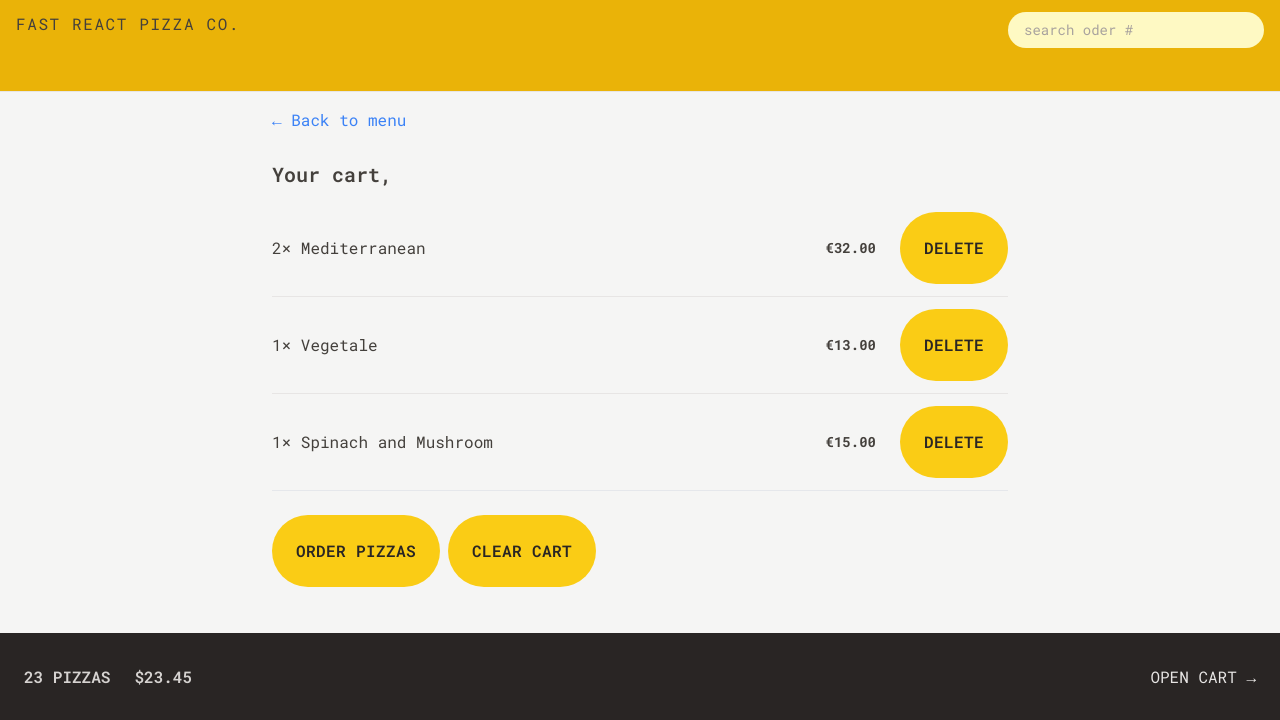
Repository: ayakhaled0001/pizza-delivery
Page: /cart
The author's editor kept a copy of each file at every save. The page is drawn from the files as they stood at one save, then again after the next save.
The browser window is 1280 px wide. The pictures show the whole page.
The project was rebuilt for these pictures with package versions that can differ from the ones it lists, and the page was loaded fresh each time. Also part of the build but not shown: vite.config.js, src/features/user/UserName.jsx, src/features/user/CreateUser.jsx, src/ui/Home.jsx, src/services/apiRestaurant.jsx, src/features/menu/MenuItem.jsx, src/features/menu/Menu.jsx, src/features/order/OrderItem.jsx and 3 more. Imported but missing from the stored project, and not drawn on this page: src/features/order/CreateOrder.

Above is the page before, as saved 2025-05-08 21:45:58.

### index.html
<!DOCTYPE html>
<html lang="en">
  <head>
    <meta charset="UTF-8" />
    <link rel="icon" type="image/svg+xml" href="/vite.svg" />
    <meta name="viewport" content="width=device-width, initial-scale=1.0" />
    <link rel="preconnect" href="https://fonts.googleapis.com" />
    <link rel="preconnect" href="https://fonts.gstatic.com" crossorigin />
    <link
      href="https://fonts.googleapis.com/css2?family=Roboto+Mono:ital,wght@0,100..700;1,100..700&display=swap"
      rel="stylesheet" />
    <title>fast react pizza</title>
  </head>
  <body class="bg-stone-100 text-stone-700">
    <div id="root"></div>
    <script type="module" src="/src/main.jsx"></script>
  </body>
</html>

### src/main.jsx
import { StrictMode } from "react";
import { createRoot } from "react-dom/client";
import App from "./App.jsx";
import "./index.css";
import { Provider } from "react-redux";
import store from "./store.js";

createRoot(document.getElementById("root")).render(
  <StrictMode>
    <Provider store={store}>
      <App />
    </Provider>
  </StrictMode>
);

### src/App.jsx
import { createBrowserRouter, RouterProvider } from "react-router-dom";
import Home from "./ui/Home";
import Menu, { loader as menuLoader } from "./features/menu/Menu";
import Cart from "./features/cart/Cart";
import CreateOrder, {
  action as CreateOrderAction,
} from "./features/order/CreateOrder";
import Order, { loader as orderLoader } from "./features/order/Order";
import AppLayout from "./ui/AppLayout";
import Error from "./ui/Error";
const router = createBrowserRouter([
  {
    element: <AppLayout />,
    children: [
      { path: "/", element: <Home /> },
      {
        path: "/menu",
        element: <Menu />,
        loader: menuLoader,
        errorElement: <Error />,
      },
      { path: "/cart", element: <Cart /> },
      {
        path: "/order/new",
        element: <CreateOrder />,
        action: CreateOrderAction,
      },
      {
        path: "/order/:orderId",
        element: <Order />,
        loader: orderLoader,
        errorElement: <Error />,
      },
    ],
  },
]);
function App() {
  return <RouterProvider router={router} />;
}

export default App;

### src/index.css
@tailwind base;
@tailwind components;
@tailwind utilities;

@layer components {
  .input {
    @apply rounded-full border
    border-stone-200
    px-4 py-2 text-sm transition-all
    duration-300 focus:outline-none
    focus:ring focus:ring-yellow-400
    md:px-5;
  }

  .loader {
    width: 45px;
    aspect-ratio: 0.75;
    --c: no-repeat linear-gradient(theme(colors.stone.700) 0 0);
    background: var(--c) 0% 50%, var(--c) 50% 50%, var(--c) 100% 50%;
    background-size: 20% 50%;
    animation: loading 1s infinite linear;
  }

  @keyframes loading {
    20% {
      background-position: 0% 0%, 50% 50%, 100% 50%;
    }
    40% {
      background-position: 0% 100%, 50% 0%, 100% 50%;
    }
    60% {
      background-position: 0% 50%, 50% 100%, 100% 0%;
    }
    80% {
      background-position: 0% 50%, 50% 50%, 100% 100%;
    }
  }
}

/* body {
  font-family: system-ui, -apple-system, BlinkMacSystemFont, "Segoe UI", Roboto,
    Oxygen, Ubuntu, Cantarell, "Open Sans", "Helvetica Neue", sans-serif;
  background-color: #f7f7f7;
  color: #444;
}

.layout {
  display: grid;
  grid-template-rows: auto 1fr auto;
  gap: 32px;
  height: 100dvh;
} */

/* https://dev.to/afif/i-made-100-css-loaders-for-your-next-project-4eje */

### src/store.js
import { configureStore } from "@reduxjs/toolkit";

import userReducer from "./features/user/userSlice";
import cartReducer from "./features/cart/cartSlice";
const store = configureStore({
  reducer: {
    user: userReducer,
    cart: cartReducer,
  },
});

export default store;

### src/features/cart/Cart.jsx
import { Link } from "react-router-dom";
import LinkButton from "../../ui/LinkButton";
import Button from "../../ui/Button";
import CartItem from "./CartItem";
import { useSelector } from "react-redux";

const fakeCart = [
  {
    pizzaId: 12,
    name: "Mediterranean",
    quantity: 2,
    unitPrice: 16,
    totalPrice: 32,
  },
  {
    pizzaId: 6,
    name: "Vegetale",
    quantity: 1,
    unitPrice: 13,
    totalPrice: 13,
  },
  {
    pizzaId: 11,
    name: "Spinach and Mushroom",
    quantity: 1,
    unitPrice: 15,
    totalPrice: 15,
  },
];

function Cart() {
  const username = useSelector((state) => state.user.username);
  const cart = fakeCart;

  return (
    <div className="px-4 py-4">
      <LinkButton to="/menu">&larr; Back to menu</LinkButton>

      <h2 className="mt-7 text-xl font-semibold">Your cart,{username}</h2>
      <ul className="divide-y divide-stone-200 border-b mt-3 ">
        {cart.map((item) => (
          <CartItem key={item.key} item={item} />
        ))}
      </ul>
      <div className="mt-6 space-x-2">
        <Button to="/order/new">Order pizzas</Button>
        {/* <Link>Order pizzas</Link> */}
        <Button>Clear cart</Button>
      </div>
    </div>
  );
}

export default Cart;

### src/ui/AppLayout.jsx
import Header from "./Header";
import CartOverview from "../features/cart/CartOverview";
import { Outlet, useNavigation } from "react-router-dom";
import Loader from "./Loader";

function AppLayout() {
  const navigation = useNavigation();
  const isLoading = navigation.state === "loading";
  console.log(navigation.state);
  return (
    <div className="grid h-screen grid-row-[auto_1fr_auto]">
      {isLoading && <Loader />}

      <Header />
      <div className="">
        <main className="max-w-3xl mx-auto">
          <Outlet />
        </main>
      </div>
      <CartOverview />
    </div>
  );
}

export default AppLayout;

### src/features/user/userSlice.js
// function getPosition() {
//   return new Promise(function (resolve, reject) {
//     navigator.geolocation.getCurrentPosition(resolve, reject);
//   });
// }

import { createSlice } from "@reduxjs/toolkit";

// async function fetchAddress() {
//   // 1) We get the user's geolocation position
//   const positionObj = await getPosition();
//   const position = {
//     latitude: positionObj.coords.latitude,
//     longitude: positionObj.coords.longitude,
//   };

//   // 2) Then we use a reverse geocoding API to get a description of the user's address, so we can display it the order form, so that the user can correct it if wrong
//   const addressObj = await getAddress(position);
//   const address = `${addressObj?.locality}, ${addressObj?.city} ${addressObj?.postcode}, ${addressObj?.countryName}`;

//   // 3) Then we return an object with the data that we are interested in
//   return { position, address };
// }

const initialState = {
  username: "",
};

const userSlice = createSlice({
  name: "user",
  initialState,
  reducers: {
    updateName(state, action) {
      state.username = action.payload;
    },
  },
});

export const { updateName } = userSlice.actions;

export default userSlice.reducer;

### src/features/cart/cartSlice.js
import { createSlice } from "@reduxjs/toolkit";

const initialState = {
  cart: [
    {
      pizzaId: 12,
      name: "mediterran",
      quantity: 2,
      unitPrice: 16,
      totalPrice: 32,
    },
  ],
};

const cartSlice = createSlice({
  name: "cart",
  initialState,
  reducers: {
    addItem(state, action) {
      // payload :newitem
      state.cart.push(action.payload);
    },
    deleteItem(state, action) {
      //payload id of the pizza item
      state.cart = state.cart.filter((item) => item.pizzaId !== action.payload);
    },
    increaseItemQuantity(state, action) {
      // payload = id
      const item = state.cart.find((item) => item.pizzaId === action.payload);
      item.quantity++;
      item.totalPrice = item.quantity * item.unitPrice;
    },
    decreaseItemQuantity(state, action) {
      // payload = id
      const item = state.cart.find((item) => item.pizzaId === action.payload);
      item.quantity--;
      item.totalPrice = item.quantity * item.unitPrice;
    },
    clearCart(state) {
      state.cart = [];
    },
  },
});

export const {
  addItem,
  deleteItem,
  increaseItemQuantity,
  decreaseItemQuantity,
  clearCart,
} = cartSlice.actions;

export default cartSlice.reducer;

### src/ui/Button.jsx
import { Link } from "react-router-dom";

function Button({ disabled, children, to, onClick }) {
  const className = `bg-yellow-400 uppercase font-semibold
    text-stone-800 py-3 px-4
     inline-block tracking-wide
     rounded-full hover:bg-yellow-300  transition-all duration-300
    focus:outline-none focus:ring focus:ring-yellow-300 focus:ring-offset-2
    disabled:cursor-not-allowed sm:px-6 sm:py-6`;
  if (to)
    return (
      <Link to={to} className={className}>
        {children}
      </Link>
    );
  if (onClick)
    return (
      <button onClick={onclick} disabled={disabled} className={className}>
        {children}
      </button>
    );
  return (
    <button disabled={disabled} className={className}>
      {children}
    </button>
  );
}

export default Button;

### src/ui/LinkButton.jsx
import { Link, useNavigate } from "react-router-dom";

function LinkButton({ children, to }) {
  const navigate = useNavigate();
  if (to === -1)
    return (
      <button
        onClick={() => navigate(-1)}
        className="tex-sm text-blue-500 hover:text-blue-700 hover:underline">
        {children}
      </button>
    );
  return (
    <Link
      to={to}
      className="tex-sm text-blue-500 hover:text-blue-700 hover:underline">
      {children}
    </Link>
  );
}

export default LinkButton;

### src/features/cart/CartItem.jsx
import Button from "../../ui/Button";
import { formatCurrency } from "../../utilities/helpers";

function CartItem({ item }) {
  const { pizzaId, name, quantity, totalPrice } = item;

  return (
    <li className="py-3 sm:flex sm:items-center sm:justify-between">
      <p className="mb-1 sm:mb-0">
        {quantity}&times; {name}
      </p>
      <div className="flex justify-between items-center sm:gap-6">
        <p className="text-sm font-bold">{formatCurrency(totalPrice)}</p>
        <Button>Delete</Button>
      </div>
    </li>
  );
}

export default CartItem;

### src/ui/Header.jsx
import { Link } from "react-router-dom";
import SearchOrder from "../features/order/SearchOrder.jsx";
import UserName from "../features/user/UserName.jsx";

function Header() {
  return (
    <header className=" flex justify-between bg-yellow-500 px-4 py-3 uppercase border-b border-stone-200">
      <Link to="/" className="tracking-widest">
        Fast React Pizza Co.
      </Link>
      <SearchOrder />
      <UserName />
    </header>
  );
}

export default Header;

### src/features/cart/CartOverview.jsx
import { Link } from "react-router-dom";

function CartOverview() {
  return (
    <div
      className="bg-stone-800 text-stone-200 uppercase p-4 sm:px-6 px-4 py-4
    md:text-base flex items-center justify-between">
      <p className="text-stone-300 sm:space-x-6 font-semibold space-x-4">
        <span>23 pizzas</span>
        <span>$23.45</span>
      </p>
      <Link to="/cart">Open cart &rarr;</Link>
    </div>
  );
}

export default CartOverview;

### src/features/order/SearchOrder.jsx
import { useState } from "react";
import { useNavigate } from "react-router-dom";

function SearchOrder() {
  const [query, setQuery] = useState("");
  const navigate = useNavigate();
  function handleSubmit(e) {
    e.preventDefault();
    if (!query) return;
    navigate(`/order/${query}`);
    setQuery("");
  }
  return (
    <form onSubmit={handleSubmit}>
      <input
        placeholder="search oder #"
        value={query}
        onChange={(e) => setQuery(e.target.value)}
        className="duration-300 sm:w-64 focus:outline-none focus:ring
         focus:ring-yellow-500 focus:ring-opacity-50  sm:focus:w-72 transition-all w-28
         bg-yellow-100 rounded-full px-4 py-2 text-sm placeholder:text-stone-400"
      />
    </form>
  );
}

export default SearchOrder;

### tailwind.config.js
/** @type {import('tailwindcss').Config} */
export default {
  content: ["./index.html", "./src/**/*.{js,jsx,ts,tsx}"],
  theme: {
    fontFamily: {
      sans: "Roboto Mono , monospace",
    },
    extend: {
      fontSize: {
        huge: ["80rem", { lineHeight: "1" }],
      },
      height: {
        screen: "100dvh",
      },
    },
  },
  plugins: [],
};

Loaded but not shown: src/utilities/helpers.jsx (common file)

After the next save:
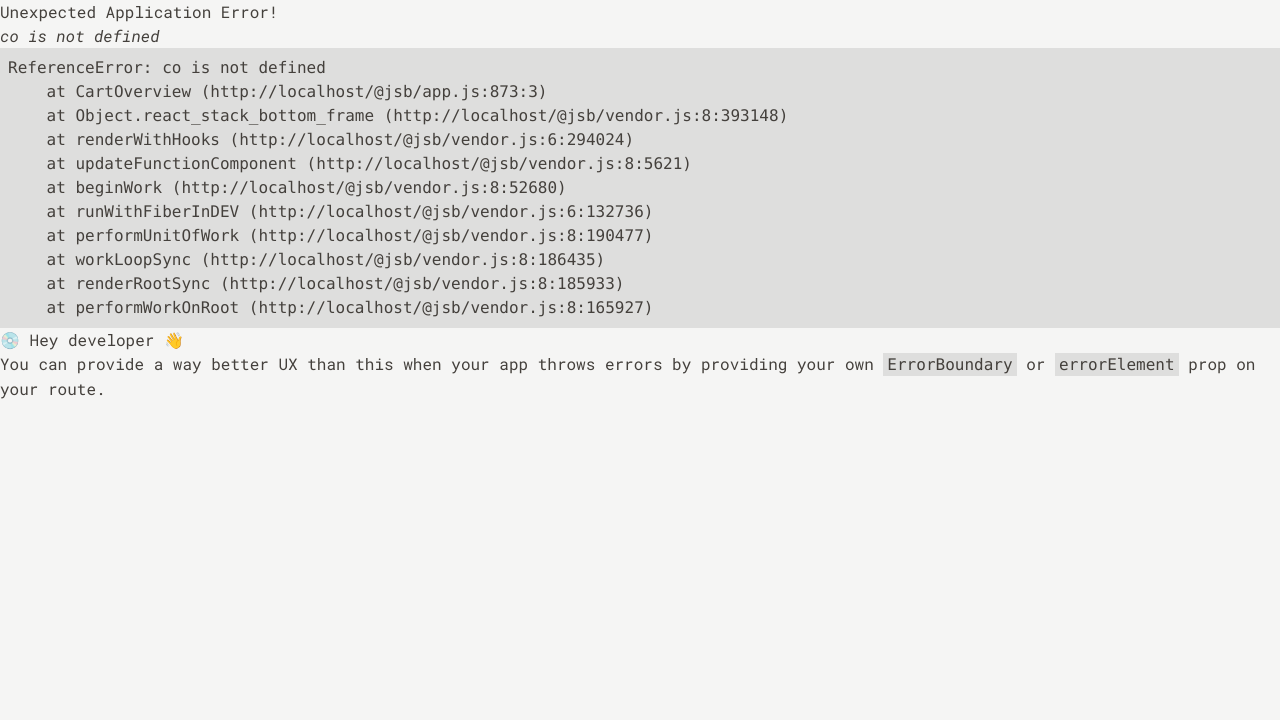
Saved 18 min 32 s later.
--- a/src/features/cart/CartOverview.jsx
+++ b/src/features/cart/CartOverview.jsx
@@ -1,6 +1,7 @@
 import { Link } from "react-router-dom";
 
 function CartOverview() {
+  co;
   return (
     <div
       className="bg-stone-800 text-stone-200 uppercase p-4 sm:px-6 px-4 py-4
